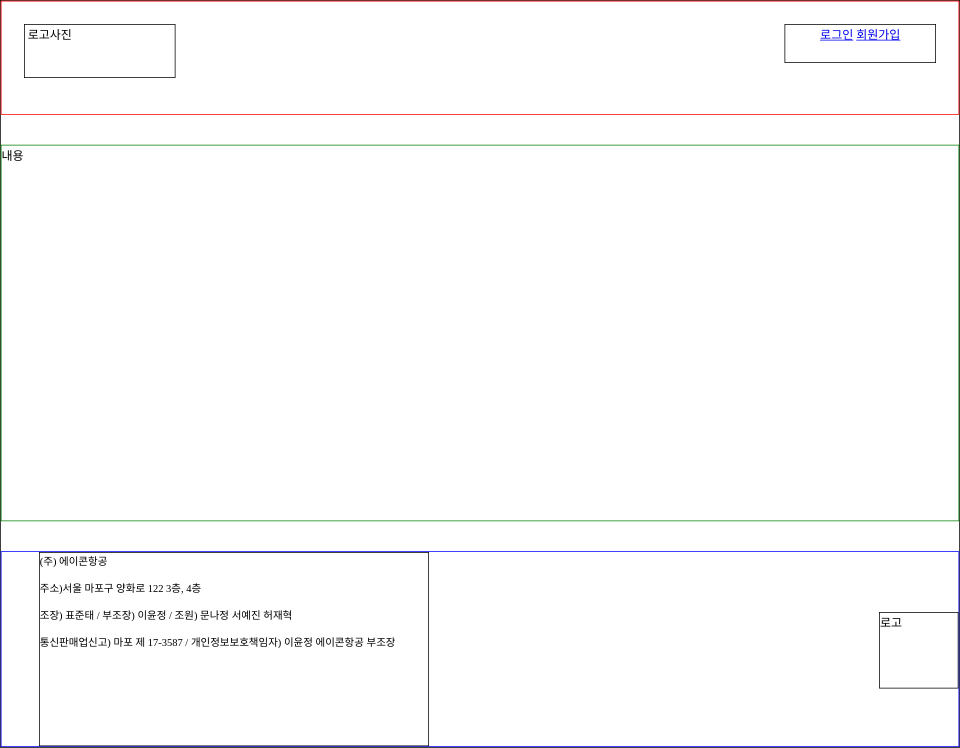
Repository: juntae710/Acorn_AirlineReservation_Project
Page: http://localhost/prj3_1/WEB-INF/views/h_index.jsp
The author's editor kept a copy of each file at every save. The page is drawn from the files as they stood at one save, then again after the next save.
The browser window is 1280 px wide. The pictures show the whole page, at 75% of full size.
The page is served by Tomcat 9. Nobody is signed in. Other server files are loaded and not shown. The template is opened directly, without the code that normally fills it, so the values that code supplies are empty.

Above is the page before, as saved 2023-09-20 01:20:27.

### Eclipse/prj3_1/src/main/webapp/WEB-INF/views/h_index.jsp
<%@ page language="java" contentType="text/html; charset=UTF-8" pageEncoding="UTF-8"%>
<!DOCTYPE html>
<html>
<head>
<meta charset="UTF-8">
<title>Insert title here</title>
<style>
* {
	margin: 0;
}

main {
	border: 1px solid black;
}

header {
	border: 1px solid red;
	height: 150px;
	display: flex;
	position: relative;
}

.headerimg {
	width: 200px;
	height: 70px;
	border: 1px solid black;
	position: absolute;
	left: 30px;
	top: 30px;
}

.headerAtag {
	width: 200px;
	height: 50px;
	border: 1px solid black;
	position: absolute;
	right: 30px;
	top: 30px;
	text-align: center;
}

section {
	border: 1px solid green;
	height: 500px;
	margin-top: 40px;
}

footer {
	border: 1px solid blue;
	height: 259px;
	margin-top: 40px;
	margin-bottom: 0px;
	display: flex;
}


.footer_info{
border: 1px solid black;
margin-left: 50px;
width: 1000px;
font-size: 14px;


}
.footer_img{
border: 1px solid black;
width: 200px;
height: 100px;
margin-left: 600px;
margin-top: 80px;
}

</style>
</head>
<body>
	<main>
		<header>
			<div class="headerimg">
				<img src="" alt=""> 로고사진
			</div>

			<%
			String id = (String) session.getAttribute("id");
			%>

			<div class="headerAtag">
				<%
				if (id == null) {
				%>
				<a href="<%=request.getContextPath()%>/h_login">로그인</a>
				<%
				%>
				<a href="<%=request.getContextPath()%>/l_join">회원가입</a>
				<%
				} else {
				%>
				<p>아이디: <%=id%>님 </p>
				<a href="<%=request.getContextPath()%>/h_logOut">로그아웃</a>
				<a href="<%=request.getContextPath()%>/UUA.do">마이페이지</a>

				<%
				}
				%>
			</div>

		</header>

		<section>내용</section>



		<footer>
		<div class="footer_info">(주) 에이콘항공 <br><br>
			 주소)서울 마포구 양화로 122 3층, 4층 <br><br>
			조장) 표준태 / 부조장) 이윤정 / 조원) 문나정 서예진 허재혁 <br><br>
			통신판매업신고) 마포 제 17-3587 / 개인정보보호책임자) 이윤정 에이콘항공 부조장
		 </div>
		<div class="footer_img"><img alt="" src="">로고</div>
		</footer>
	</main>
</body>
</html>

After the next save:
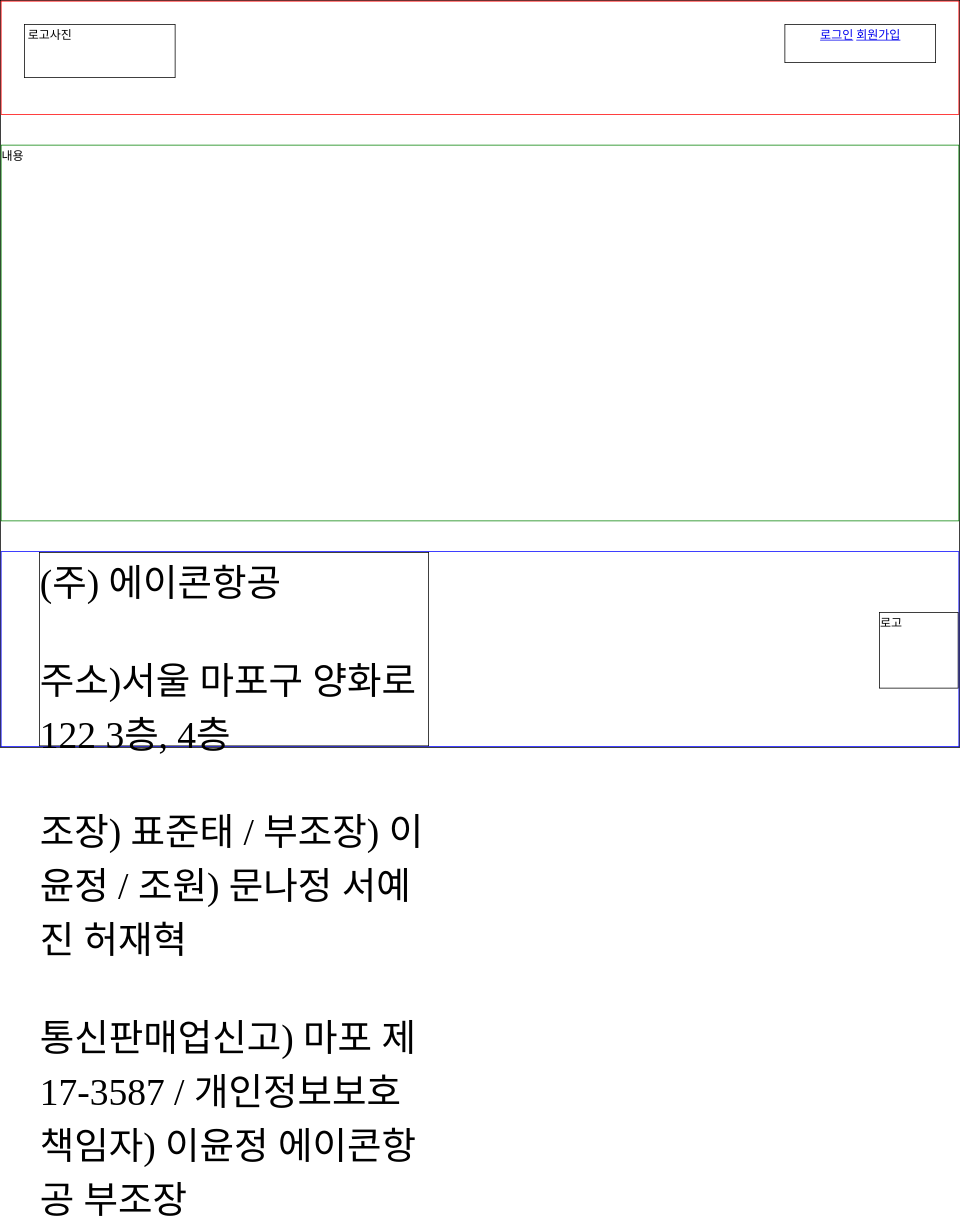
Saved 11 s later.
--- a/Eclipse/prj3_1/src/main/webapp/WEB-INF/views/h_index.jsp
+++ b/Eclipse/prj3_1/src/main/webapp/WEB-INF/views/h_index.jsp
@@ -58,7 +58,7 @@ footer {
 border: 1px solid black;
 margin-left: 50px;
 width: 1000px;
-font-size: 14px;
+font-size: 50px;
 
 
 }
